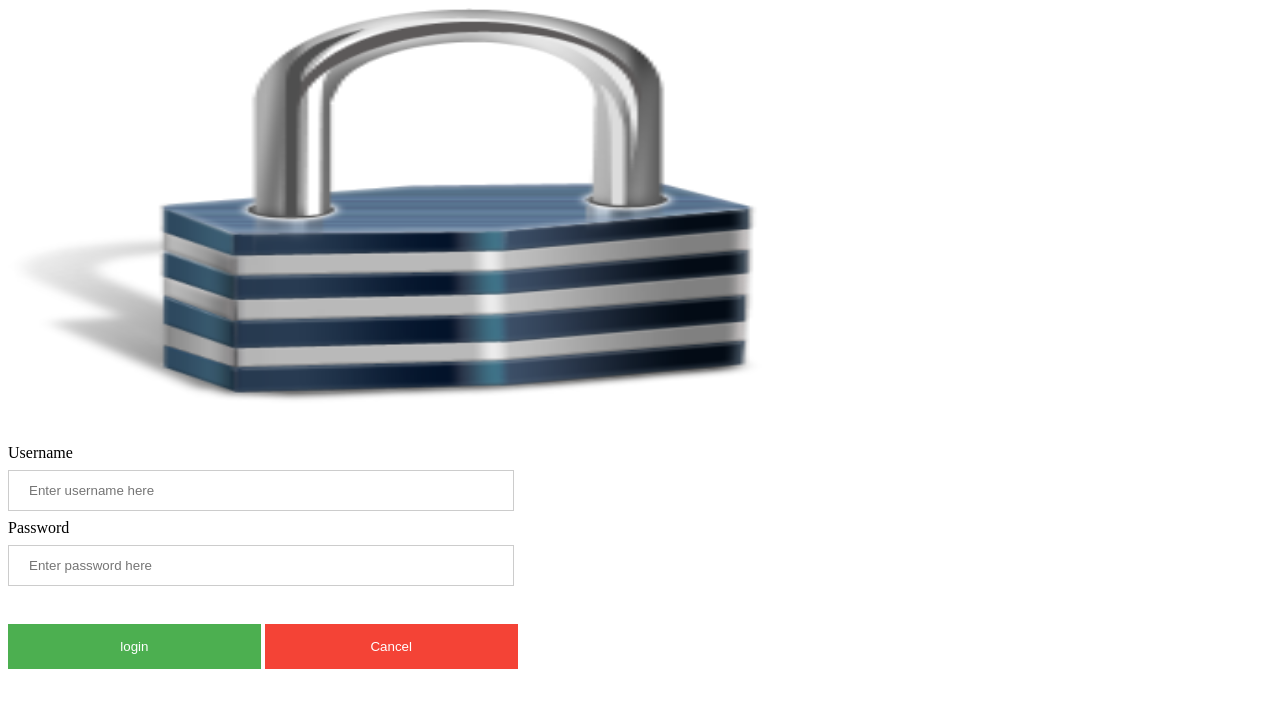
Repository: SwapnilYeldi/Project-2
Page: frontend/WebContent/views/login.html
These files come from the project's save history. The page is drawn as it stood at one moment and after the next save; the edit follows.
The browser window is 1280 px wide. The pictures show the whole page.

Above is the page before, as saved 2017-07-17 16:41:49.

### frontend/WebContent/views/login.html

<!DOCTYPE html PUBLIC "-//W3C//DTD HTML 4.01 Transitional//EN" "http://www.w3.org/TR/html4/loose.dtd">
<html>
<head>
<meta http-equiv="Content-Type" content="text/html; charset=ISO-8859-1">
<title>Insert title here</title>
<jsp:include page="navbar.jsp"></jsp:include>
</head>
<style>
 input[type=text], input[type=password] {
    width: 40%;
    padding: 12px 20px;
    margin: 8px 0;
    display: inline-block;
    border: 1px solid #ccc;
    box-sizing: border-box;

    }

.cancelbtn {
color: white;
    padding: 15px 50px;
    margin: 30px 0;
    border: none;
    cursor: pointer;
   background-color: #f44336;
    width:20%;

}
div.gallery img {
    width: 70%;
    height: 400px;

}
.signupbtn {
color: white;
    padding: 15px 50px;
    margin: 30px 0;
    border: none;
    cursor: pointer;
background-color: #4CAF50;
    float: center;
    width: 20%;
}
</style>

<!-- <body background ="images\login.jpg">

<form> <!-- action="perform_login" method="post"> -->

<div class="row">
<div class="col-md-6">
<div class="gallery">
  <img src="images\Lock.png">
</div>
</div>
<div class="col-md-6">
<div class="container">

  <br><br>
				<label for="name">Username</label><br>
				<input type="text" ng-model="user.username"  placeholder="Enter username here">&nbsp;&nbsp;&nbsp;
			<br>
				<label for="password">Password</label><br>
				<input type="password" ng-model="user.password"  placeholder="Enter password here"><br>



				<input type="submit" class="signupbtn"  value="login" ng-click="login()">
				<input type="button" class="cancelbtn" value="Cancel">&nbsp;&nbsp;&nbsp;
				<!-- <input type="hidden" name="${_csrf.parameterName}" value="${_csrf.token}" /><br>
				<h4><b><u><a href="newregistration">New to C-Kart? Sign up</a></u></b></h4>
				<h6><a href="forgotpass">forgot password?</a></h6> -->

		</div>
		</div>
		</div>


	</form>
</body>
</html>




<!-- <div>
{{message}}
{{error.message}}

<form class="form-horizontal" style="align: center;">

<div  class="form-group">
<label class="control-label col-sm-2">
Enter Username: </label>
 <div class="col-sm-2">
<input type="text" class="form-control" ng-model="user.username"  placeholder="Enter username here"></div><br><br>
Enter Password <input type="password" ng-model="user.password"  placeholder="Enter password here"><br><br>
<input type="submit" value="login" ng-click="login()">

</div>

</form>
</div> -->

After the next save:
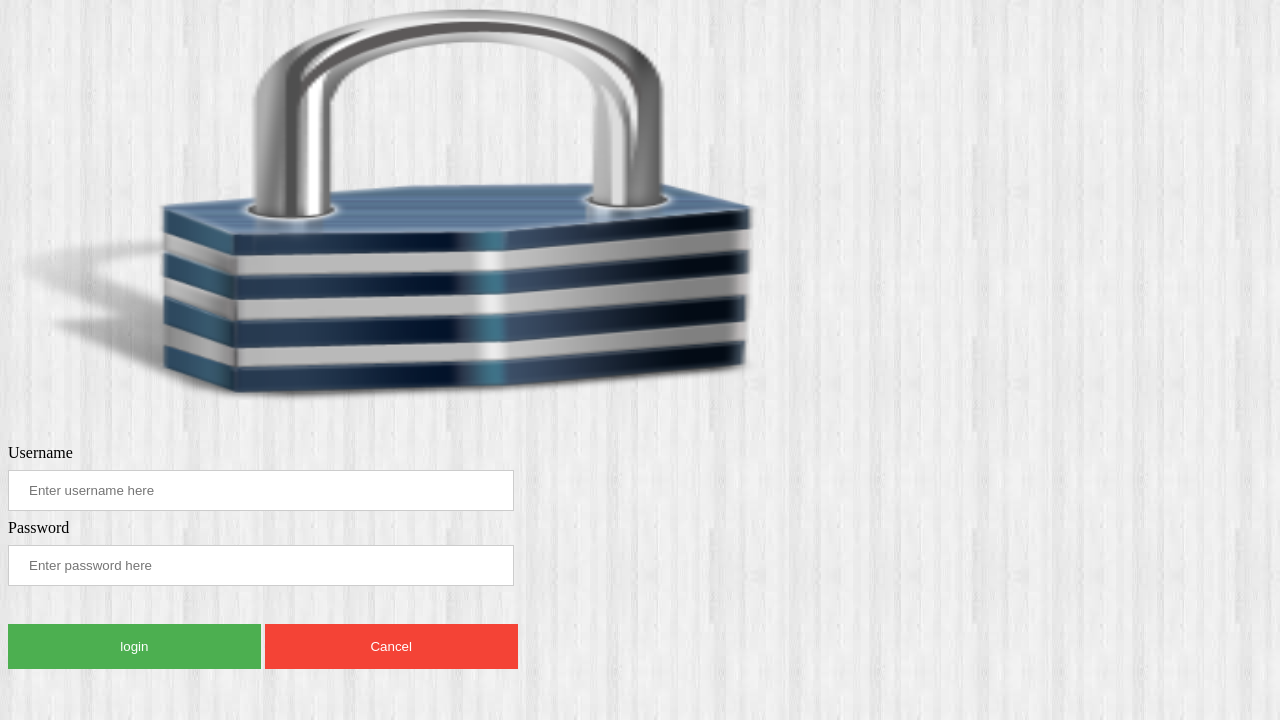
Saved 4 s later.
--- a/frontend/WebContent/views/login.html
+++ b/frontend/WebContent/views/login.html
@@ -44,7 +44,7 @@ background-color: #4CAF50;
 }
 </style>
 
-<!-- <body background ="images\login.jpg">
+ <body background ="images\login.jpg">
 
 <form> <!-- action="perform_login" method="post"> -->
 
